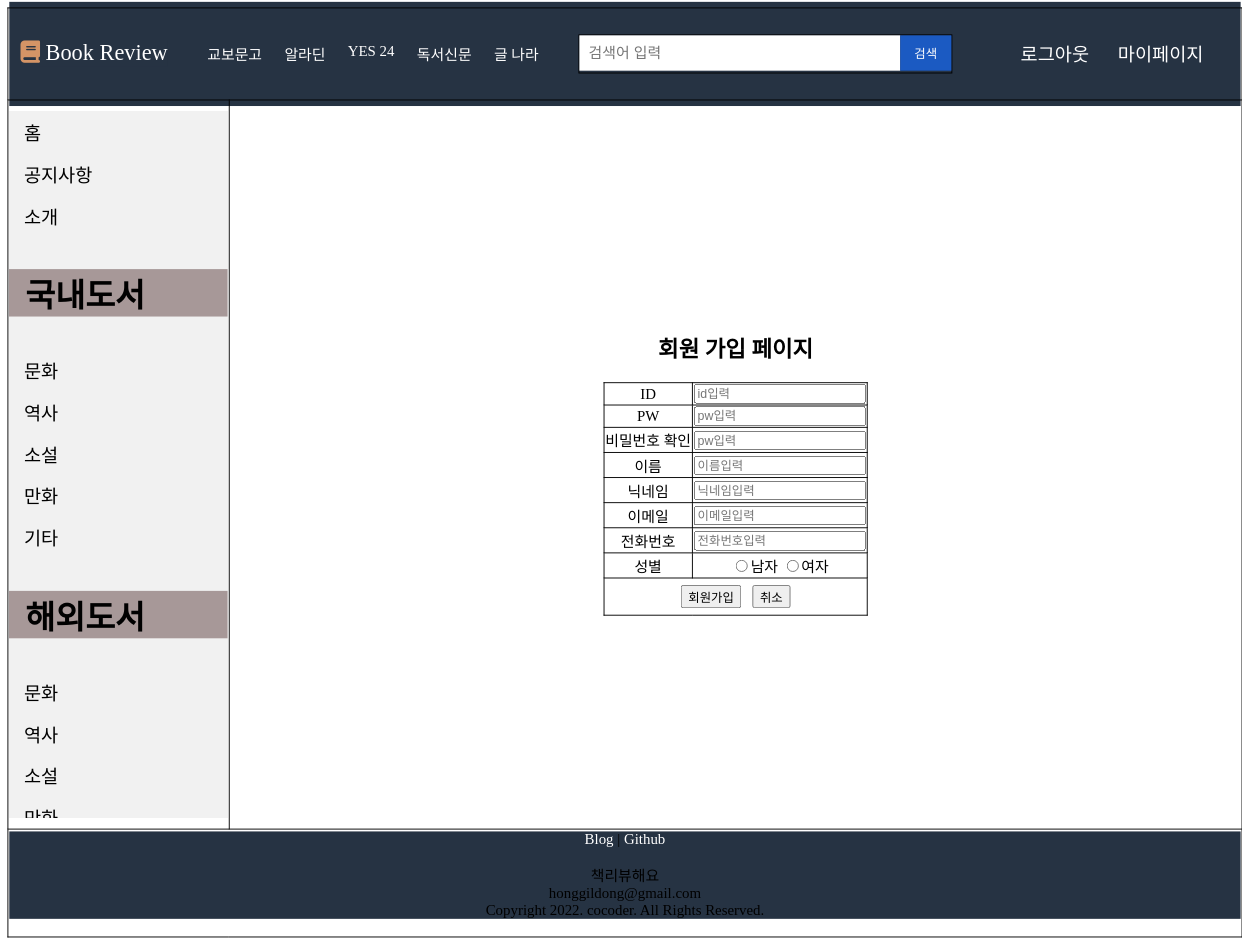
Repository: Served01/Project2_2209
Page: http://localhost/bookReviewProgram/mainSession.jsp?center=mbInsertform.jsp
An editor plug-in stored every save of this project. The page is shown before and after the next save, followed by the edit.
The browser window is 1280 px wide. The page is 1336 px wide, so the pictures cover 1336 px, including what lies to the right of the window. The pictures show the whole page, at 93% of full size.
Some web fonts or font styles are not loaded; a fallback is used. Some web libraries are served in a nearby version. The page is served by Tomcat 9. Other server files are loaded and not shown.

Above is the page before, as saved 2022-09-28 07:51:03.

### bookReviewProgram/src/main/webapp/mainSession.jsp
<%@ page language="java" contentType="text/html; charset=UTF-8"
    pageEncoding="UTF-8"%>
<!DOCTYPE html>
<html>
<head>
    <meta charset="UTF-8">
        <meta http-equiv="X-UA-Compatible" content="IE=edge">
        <meta name="viewport" content="width=device-width, initial-scale=1.0">
        <title>Document</title>
        <script src="https://kit.fontawesome.com/ece1cdce53.js" crossorigin="anonymous"></script>

        <link rel="preconnect" href="https://fonts.googleapis.com">
<link rel="preconnect" href="https://fonts.gstatic.com" crossorigin>
<link href="https://fonts.googleapis.com/css2?family=Black+Han+Sans&display=swap" rel="stylesheet">
<link rel="preconnect" href="https://fonts.googleapis.com">
<link rel="preconnect" href="https://fonts.gstatic.com" crossorigin>
<link href="https://fonts.googleapis.com/css2?family=Black+Han+Sans&family=Nanum+Pen+Script&display=swap" rel="stylesheet">
<meta charset="UTF-8">
<title>Insert title here</title>
<style>

		table {
    margin-left:auto;
    margin-right:auto;


     max-height:100%;
     background-color:white;

}

		table, td, th {
    border-collapse : collapse;
    border : 1px solid black;

}
</style>
</head>
<body>

<%
	request.setCharacterEncoding("UTF-8");
	String center = request.getParameter("center");
	String bk_local = request.getParameter("bk_local");
	String bk_genre = request.getParameter("bk_genre");
	String search_word = request.getParameter("search_word");
	String bk_number = request.getParameter("bk_number");
	String rv_id = request.getParameter("Rv_id");
	String pageNum = request.getParameter("pageNum");
	String url = null;

	if(center == null){

		url = "center.jsp";

	} else if(center=="bkListMenuPro.jsp") {

		int bk_local2 = Integer.parseInt(bk_local);
		int bk_genre2 = Integer.parseInt(bk_genre);
		url = center+"? bk_local="+bk_local2+" & bk_genre="+bk_genre2;

	} else if(center=="bkListPro.jsp"){

		url = center+"? search_word='"+search_word+"'";

	} else if(center=="bkSelectPro.jsp"){

		int bk_number2 = Integer.parseInt(bk_number);
		url = center+"? bk_number="+bk_number2;

	} else if(center=="rvSelectMemberPro.jsp"){

		int pageNum2 = Integer.parseInt(pageNum);

		url = center+"? Rv_id='"+rv_id+"'&pageNum="+pageNum2;
	}

	else {

		url = center;

	}
%>

<table border="1" height="1000px" width="1000px"style="align:center">
	<tr height="5px" width="300px">
		  <td align="center" colspan="2">
			<jsp:include page="header.jsp"></jsp:include>
		</td>
	</tr>
	<tr width="500px">
	 <td align="left" width="85" height="100">
			<jsp:include page="left.jsp"></jsp:include>
		</td>
		<td align="center" width="400px">
			<jsp:include page="<%=url %>"></jsp:include>
		</td>
	</tr>
	<tr height="80" width="150">
		<td align="center" colspan="2">
			<jsp:include page="footer.jsp"></jsp:include>
		</td>
	</tr>


</table>
</body>
</html>

### bookReviewProgram/src/main/webapp/header.jsp
<%@ page language="java" contentType="text/html; charset=UTF-8"
    pageEncoding="UTF-8"%>
<!DOCTYPE html>
<html>
<head>
  <meta charset="UTF-8">
    <meta http-equiv="X-UA-Compatible" content="IE=edge">
    <meta name="viewport" content="width=device-width, initial-scale=1.0">
    <title>Document</title>
    <script src="https://kit.fontawesome.com/ece1cdce53.js" crossorigin="anonymous"></script>
    <link rel="stylesheet" type="text/css" href="css/header.css">
</script>
<meta charset="UTF-8">
<title>Insert title here</title>

</head>
<body>

	  <div class="navbar">
        <div class="navbar_logo">
            <i class="fa-solid fa-book"></i>
            <a href="#" onclick="location.href='mainSession.jsp'">Book Review</a>
        </div>
        <ul class="navbar_menu">
            <li><a href="http://www.kyobobook.co.kr/product/detailViewKor.laf?ejkGb=KOR&mallGb=KOR&barcode=9791188331796&orderClick=LET&Kc=">교보문고</a></li>
            <li><a href="https://www.aladin.co.kr/home/welcome.aspx?partner=googlek&BSCPN=ORM&BSPRG=ADWORDS&BSCCN1=83566&utm_source=ADWORDS&utm_medium=cpc&utm_term=%EB%8F%84%EC%84%9C%EC%82%AC%EC%9D%B4%ED%8A%B8&gclid=EAIaIQobChMI6MbRuOyj-gIVGMFMAh0eQwdZEAAYAiAAEgJUUPD_BwE">알라딘</a></li>
            <li><a href="http://www.yes24.com/Main/default.aspx">YES 24</a></li>
            <li><a href="http://www.readersnews.com/">독서신문</a></li>
            <li><a href="http://www.gulnara.net/">글&nbsp;나라</a></li>
        </ul>
	<form action="mainSession.jsp" method="post">
        <div class="search">
            <input type="text" name="search_word" placeholder="검색어 입력">
            <input type="hidden" name="center" value="bkListPro.jsp"/>
            <button type="submit">검색</button>
        </div>
    </form>

    	<ul class="navbar_links">
            <a href="#" onclick="location.href=''">로그아웃</a>
            <a href="#" onclick="location.href='mainSession.jsp?center=mbSelectPro.jsp'">마이페이지</a>
        </ul>
    <!--
		<ul class="navbar_links">
            <a href="#" onclick="location.href='loginForm.jsp'">로그인</a>
            <a href="#" onclick="location.href='mainSession.jsp?center=mbInsertform.jsp'">회원가입</a>
        </ul>
     -->
    </div>



</body>
</html>

### bookReviewProgram/src/main/webapp/left.jsp
<%@ page language="java" contentType="text/html; charset=UTF-8"
    pageEncoding="UTF-8"%>
<!DOCTYPE html>
<html>
<head>
      <meta charset="UTF-8">
        <meta http-equiv="X-UA-Compatible" content="IE=edge">
        <meta name="viewport" content="width=device-width, initial-scale=1.0">
        <title>Document</title>
        <script src="https://kit.fontawesome.com/ece1cdce53.js" crossorigin="anonymous"></script>
        <link rel="stylesheet" type="text/css" href="css/left.css">
        <link rel="preconnect" href="https://fonts.googleapis.com">
<link rel="preconnect" href="https://fonts.gstatic.com" crossorigin>
<link href="https://fonts.googleapis.com/css2?family=Black+Han+Sans&display=swap" rel="stylesheet">
<link rel="preconnect" href="https://fonts.googleapis.com">
<link rel="preconnect" href="https://fonts.gstatic.com" crossorigin>
<link href="https://fonts.googleapis.com/css2?family=Black+Han+Sans&family=Nanum+Pen+Script&display=swap" rel="stylesheet">
<meta charset="UTF-8">
<title>Insert title here</title>
</head>
<body>
	 <ul class="hi">
        <li><a class="hello" href="#" onclick="location.href='mainSession.jsp'">홈</a></li>
        <li><a class="hello" href="#">공지사항</a></li>
        <li><a class="hello" href="#">소개</a></li>
        <h3>&nbsp;&nbsp;국내도서</h3>
        <li><a class="hello" href="#" onclick="location.href='mainSession.jsp?center=bkListMenuPro.jsp&bk_local=0&bk_genre=0'">문화</a></li>
        <li><a class="hello" href="#" onclick="location.href='mainSession.jsp?center=bkListMenuPro.jsp&bk_local=0&bk_genre=1'">역사</a></li>
        <li><a class="hello" href="#" onclick="location.href='mainSession.jsp?center=bkListMenuPro.jsp&bk_local=0&bk_genre=2'">소설</a></li>
        <li><a class="hello" href="#" onclick="location.href='mainSession.jsp?center=bkListMenuPro.jsp&bk_local=0&bk_genre=3'">만화</a></li>
        <li><a class="hello" href="#" onclick="location.href='mainSession.jsp?center=bkListMenuPro.jsp&bk_local=0&bk_genre=4'">기타</a></li>
        <h3>&nbsp;&nbsp;해외도서</h3>
        <li><a class="hello" href="#" onclick="location.href='mainSession.jsp?center=bkListMenuPro.jsp&bk_local=1&bk_genre=0'">문화</a></li>
        <li><a class="hello" href="#" onclick="location.href='mainSession.jsp?center=bkListMenuPro.jsp&bk_local=1&bk_genre=1'">역사</a></li>
        <li><a class="hello" href="#" onclick="location.href='mainSession.jsp?center=bkListMenuPro.jsp&bk_local=1&bk_genre=2'">소설</a></li>
        <li><a class="hello" href="#" onclick="location.href='mainSession.jsp?center=bkListMenuPro.jsp&bk_local=1&bk_genre=3'">만화</a></li>
        <li><a class="hello" href="#" onclick="location.href='mainSession.jsp?center=bkListMenuPro.jsp&bk_local=1&bk_genre=4'">기타</a></li>

    </ul>
</body>
</html>

### bookReviewProgram/src/main/webapp/mbInsertform.jsp
<%@ page language="java" contentType="text/html; charset=UTF-8"
    pageEncoding="UTF-8"%>
<!DOCTYPE html>
<html>
<head>
<meta charset="UTF-8">
<title>회원가입 페이지</title>
</head>

<style>
table{
margin: auto;
}
</style>

<body>

<h2 align = "center">회원 가입 페이지</h2>

<form action = "mbInsertPro.jsp" method = "post">
	<table border = "1">
		<tr align = "center">
			<td>ID</td>
			<td><input type = "text" name = "mb_id" placeholder="id입력"/></td>
		</tr>
		<tr align = "center">
			<td>PW</td>
			<td><input type = "password" name = "mb_pw" placeholder="pw입력"/></td>
		</tr>
		<tr align = "center">
			<td>비밀번호 확인</td>
			<td><input type = "password" name = "mb_pw2" placeholder="pw입력"/></td>
		</tr>
		<tr align = "center">
			<td>이름</td>
			<td><input type = "text" name = "mb_name" placeholder="이름입력"/></td>
		</tr>
		<tr align = "center">
			<td>닉네임</td>
			<td><input type = "text" name = "mb_nick" placeholder="닉네임입력"/></td>
		</tr>
		<tr align = "center">
			<td>이메일</td>
			<td><input type = "email" name = "mb_email" placeholder="이메일입력"/></td>
		</tr>
		<tr align = "center">
			<td>전화번호</td>
			<td><input type = "text" name = "mb_tel" placeholder="전화번호입력"/></td>
		</tr>
		<tr align="center">
			<td>성별</td>
			<td>
				<input type="radio" name="mb_gender" value="1"/>남자
				<input type="radio" name="mb_gender" value="2"/>여자
			</td>
		</tr>
		<tr height = "40" align = "center">
			<td colspan = "2">
				<input type = "submit" value = "회원가입"/>&nbsp;&nbsp;
				<input type = "button" onclick="javascript:history.go(-1)" value = "취소"/>
		</tr>
	</table>
</form>
</body>
</html>

### bookReviewProgram/src/main/webapp/footer.jsp
<%@ page language="java" contentType="text/html; charset=UTF-8"
    pageEncoding="UTF-8"%>
<!DOCTYPE html>
<html lang="en">
<head>
    <meta charset="UTF-8">
    <meta http-equiv="X-UA-Compatible" content="IE=edge">
    <meta name="viewport" content="width=device-width, initial-scale=1.0">
     <link rel="stylesheet" href="css/footer.css">
    <title>Document</title>
</head>
<body>

        <div id='wrap'>

              <nav>
                  <a href='https://cocoder.tistory.com' target='_blank'>Blog</a> |
                  <a href='https://github.com/cocoder16' target='_blank'>Github</a>
              </nav>
              <p>
                  <span>책리뷰해요</span><br/>
                  <span>honggildong@gmail.com</span><br/>
                  <span>Copyright 2022. cocoder. All Rights Reserved.</span>
              </p>

        </div>

</body>
</html>

### bookReviewProgram/src/main/webapp/css/header.css




a{
    text-decoration: none;
    color:white
}


.navbar{
    display:flex;
    justify-content: space-between;
    align-items: center;
    background-color: #263343;
    padding: 8px 12px;
    width:1300px;
    height:100%;

}

.navbar_logo {
    font-size: 24px;
    color: white;
}

.navbar_logo i{
    color: #d49466;
}
.navbar_links a{
    font-size: 20px;
    float: left;
    margin-right: 25px;
    padding: 8px 3px;
}
.navbar_links a:hover{
    background-color: #d49466;
    border-radius: 4px;
}

.navbar_menu{
    display: flex;
    list-style: none;
    padding-left: 0;
}

.navbar_menu li{
    padding: 8px 12px;
}

.navbar_menu li:hover{
    background-color: #d49466;
    border-radius: 4px;
}
.search{
    height: 40px;
    width: 400px;
    border: 1px solid black;
}
.search input{
    float: left;
    outline: none;
    font-size: 16px;
    width: 325px;
    padding: 10px;
    border: 0px;
}
.search button{
    width: 55px;
    height: 95%;
    border: 0px;
    background: #1b5ac2;
    outline: none;
    float: right;
    color: #ffffff;
}
.search button:hover{

    color: white;
    background-color: #d49466;
    border-radius: 4px;
}
.search button:active{
    background-color: red;
    color:black;
}

### bookReviewProgram/src/main/webapp/css/left.css
.hi{
    height:100%;
    width:100%;


}

.hi {
    list-style-type: none;
    margin: 0;
    padding: 0;
    width: 100%;
    background-color: #f1f1f1;
    position: relative;
    height: 760px;
    overflow: auto;
  }

  .hello {
    display: block;
    color: #000;
    padding: 8px 16px;
    text-decoration: none;
    font-family: 'Black Han Sans', sans-serif;
    font-size: 20px;
  }

  .active {
    display: block;
    color: #000;
    padding: 8px 16px;
    text-decoration: none;
    font-family: 'Black Han Sans', sans-serif;
    font-size: 20px;
  }

  .active {
    background-color: #555;
    color: white;
  }

  .hello:hover:not(.active) {
    background-color: #555;
    color: white;
  }
  h3{

    font-family: 'Black Han Sans', sans-serif;
font-family: 'Nanum Pen Script', cursive;
font-size: 35px;
    background-color: rgb(167, 152, 152);

  }

### bookReviewProgram/src/main/webapp/css/footer.css
div{
	background-color: #263343;
}

After the next save:
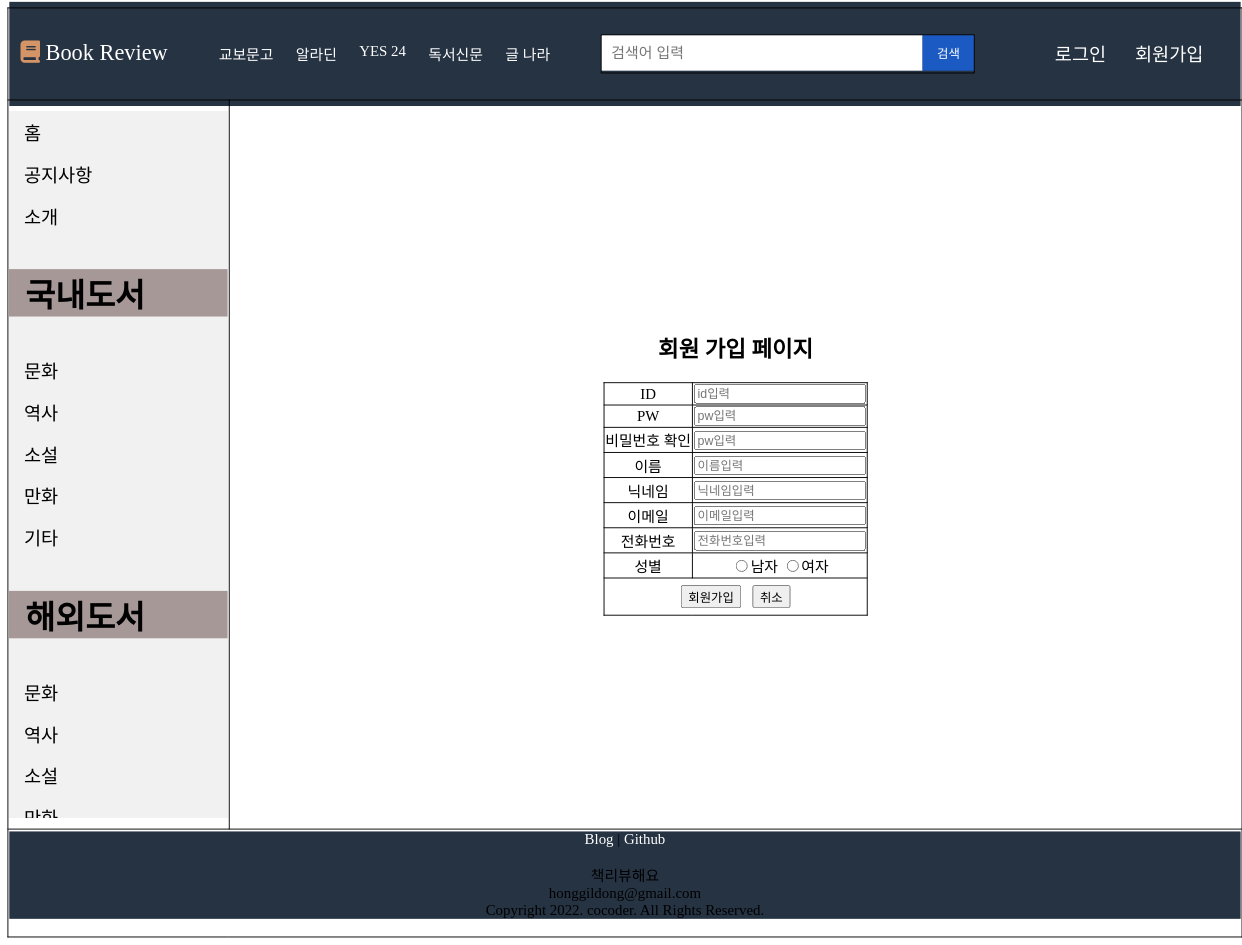
Saved 8 min 8 s later.
--- a/bookReviewProgram/src/main/webapp/header.jsp
+++ b/bookReviewProgram/src/main/webapp/header.jsp
@@ -35,17 +35,17 @@
             <button type="submit">검색</button>
         </div>
     </form>
-
-    	<ul class="navbar_links">
+<%if((String)session.getAttribute("id")==null){ %>
+    <ul class="navbar_links">
+            <a href="#" onclick="location.href='loginForm.jsp'">로그인</a>
+            <a href="#" onclick="location.href='mainSession.jsp?center=mbInsertform.jsp'">회원가입</a>
+    </ul>
+<%} else if((String)session.getAttribute("id")!=null){ %>
+     <ul class="navbar_links">
             <a href="#" onclick="location.href=''">로그아웃</a>
             <a href="#" onclick="location.href='mainSession.jsp?center=mbSelectPro.jsp'">마이페이지</a>
-        </ul>
-    <!--
-		<ul class="navbar_links">
-            <a href="#" onclick="location.href='loginForm.jsp'">로그인</a>
-            <a href="#" onclick="location.href='mainSession.jsp?center=mbInsertform.jsp'">회원가입</a>
-        </ul>
-     -->
+     </ul>
+<%} %>
     </div>
 
 
